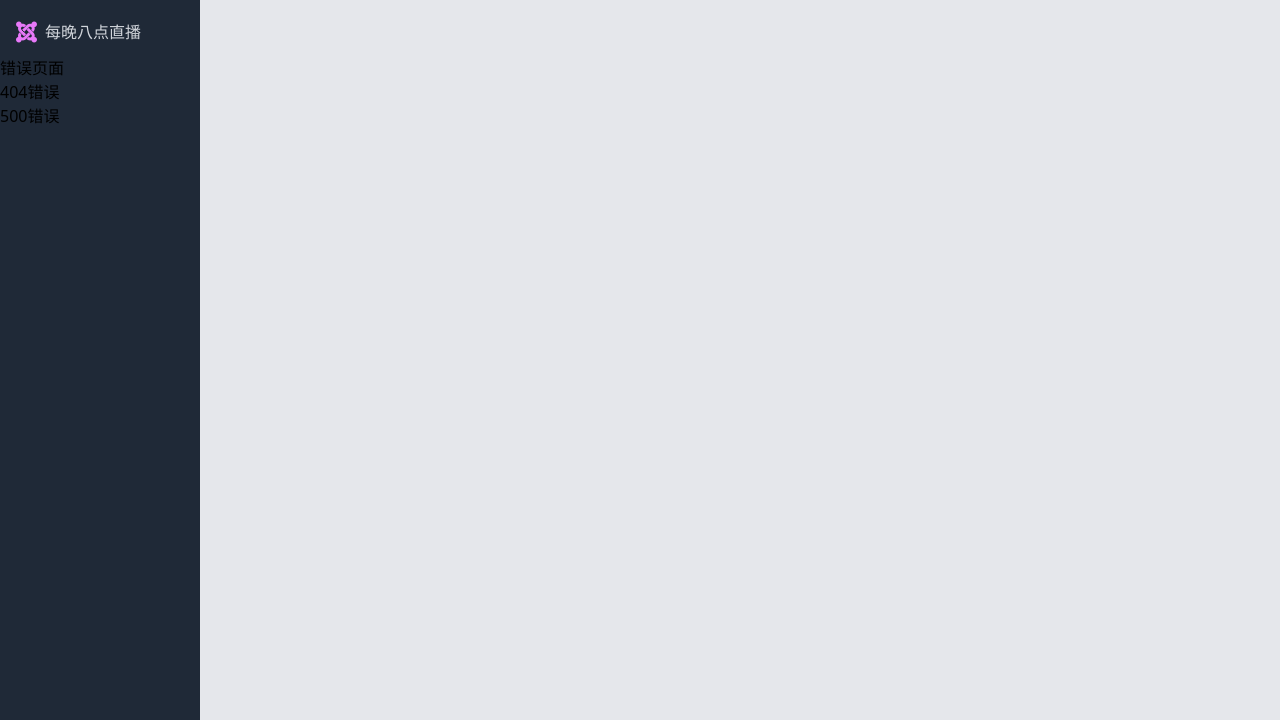
Repository: liangyingbo/vite-vue-TS
Page: /#/admin/home
These files come from the project's save history. The page is drawn as it stood at one moment and after the next save; the edit follows.
The browser window is 1280 px wide. The pictures show the whole page.
The project was rebuilt for these pictures with package versions that can differ from the ones it lists, and the page was loaded fresh each time. Also part of the build but not shown: vite.config.ts, src/components/form/HdButton.vue, src/components/form/HdInput.vue, src/components/form/hdLink.vue, src/styles/global.scss.

Above is the page before, as saved 2022-11-18 19:52:15.

### index.html
<!DOCTYPE html>
<html lang="en">
  <head>
    <meta charset="UTF-8" />
    <link rel="icon" type="image/svg+xml" href="/vite.svg" />
    <meta name="viewport" content="width=device-width, initial-scale=1.0" />
    <link href="https://cdn.bootcdn.net/ajax/libs/font-awesome/6.2.0/css/all.css" rel="stylesheet">
    <title>Vite + Vue + TS</title>
  </head>
  <body>
    <div id="app"></div>
    <script type="module" src="/src/main.ts"></script>
  </body>
</html>

### src/main.ts
import { createApp } from 'vue'
import router, { setupRouter } from '@/router'
import { setupPlugins } from '@/plugins'
import '@/styles/global.scss'
import App from './App.vue'

async function bootstrap() {
    const app = createApp(App)
    setupRouter(app)
    setupPlugins(app)
    await router.isReady()
    app.mount('#app')
}
bootstrap()

### src/router/index.ts
import { App } from 'vue';
import { createRouter, createWebHashHistory } from 'vue-router'
import routes from './routes';
import layoutRoutes from './autoLoad';
import guard from './guard';
const router = createRouter({
    history: createWebHashHistory(),
    routes : [...routes,...layoutRoutes]
})
export function setupRouter(app:App){

    guard(router)
    app.use(router)
}

export default router;

### src/plugins/index.ts
import { App } from "vue";
import { setupTailWindCssPlugin } from "./tailwindcss";

export function setupPlugins(app: App) {
    autoRegisterComponent(app)

    setupTailWindCssPlugin()
}



function autoRegisterComponent(app: App) {
    const components = import.meta.glob('../components/form/*.vue', { eager: true })
    console.log(components)
    Object.keys(components).forEach(key => {
        const name = key.split('/').pop()?.split('.')[0] as string

        app.component(name, components[key].default)
    })
}

### src/App.vue
<script setup lang="ts">

// import {info} from '@/apis/userApi'

//const response =  info()
// console.log(response.then(res=>res.data.age))
// console.log()

 </script>

 <template>

    <router-view ></router-view>
 </template>

<style scoped>
</style>

### src/router/routes.ts
import { RouteRecordRaw } from "vue-router"
 const routes = [
    {
        path:'/home',
        name:'home',
        component:() => import("@/views/home.vue"),
    }
]  as  RouteRecordRaw[]

export default routes

### src/router/autoLoad.ts
import { RouteRecordRaw } from "vue-router";


const layout = import.meta.glob('../layouts/*.vue')
const children = import.meta.glob('../views/**/*.vue')
function getRoutes() {
    const layoutRoutes = [] as RouteRecordRaw[]
    Object.entries(layout).forEach(([file, module]) => {
        const route = getRouteByModule(file, module)
        route.children = getChildrenRoutes(route)
        layoutRoutes.push(route)
    })
    return layoutRoutes
}


// 根据布局路由匹配子路由
function getChildrenRoutes(layoutRoute: RouteRecordRaw) {
    const routes = [] as RouteRecordRaw[]
    Object.entries(children).forEach(([file, module]) => {
        if (file.includes(`../views/${layoutRoute.name as string}`)) {
            const route = getRouteByModule(file, module)
            routes.push(route)
        }
    })
    return routes
}

function getRouteByModule(file: string, module: () => Promise<unknown>) {
    const name = file.replace(/.+layouts\/|.+views\/|\.vue/gi, '')
    const route = {
        name: name.replace('/', '.'),
        path: `/${name}`,
        component: module
    } as RouteRecordRaw

    return route
}
export default getRoutes()

### src/router/guard.ts
 import { RouteLocationNormalized, Router } from "vue-router"


class Guard {
    constructor(private router: Router) { }

    public run() {
          this.router.beforeEach((to,from) =>{
            console.log(to)
             if(!this.isLogin(to)) return {name:'auth.login'}


          })
    }

    private isLogin(route:RouteLocationNormalized){
        // console.log(route.meta)
        console.log(route.meta)
        return true
    }
}

export default (router: Router) => {
    new Guard(router).run()
}

### src/plugins/tailwindcss/index.ts
import './tailwindcss.css'

export function setupTailWindCssPlugin(){

}

### src/layouts/admin.vue
<template>
    <div>
         <router-view></router-view>
    </div>
</template>
<script lang="ts" setup>
import routes from "@/router/routes";


</script>

<script lang="ts">
export default {
    route:{meta:{auth:true}}
}
</script>

<style lang="scss" scoped>

</style>

### src/views/admin/home.vue
<template>
    <div class=" admin w-screen h-screen flex ">
        <div class="w-[200px] py-2 bg-gray-800">
             <div class="text-white  flex items-center py-2 px-4">
                <i class="fab fa-joomla text-2xl text-fuchsia-400 mr-2"></i>
                <span class="text-base text-gray-300">每晚八点直播</span>
             </div>
             <div class="left-container">
                <dt>
                    错误页面
                    <dl>
                        <dd>404错误</dd>
                        <dd>500错误</dd>
                    </dl>
                </dt>
             </div>
        </div>
        <div class="bg-gray-200 flex-1">
            <router-view></router-view>
        </div>
    </div>
</template>

<script lang="ts" setup></script>

<style lang="scss" scoped>

</style>

Loaded but not shown: src/plugins/tailwindcss/tailwindcss.css (common file); tailwind.config.cjs (common file)

After the next save:
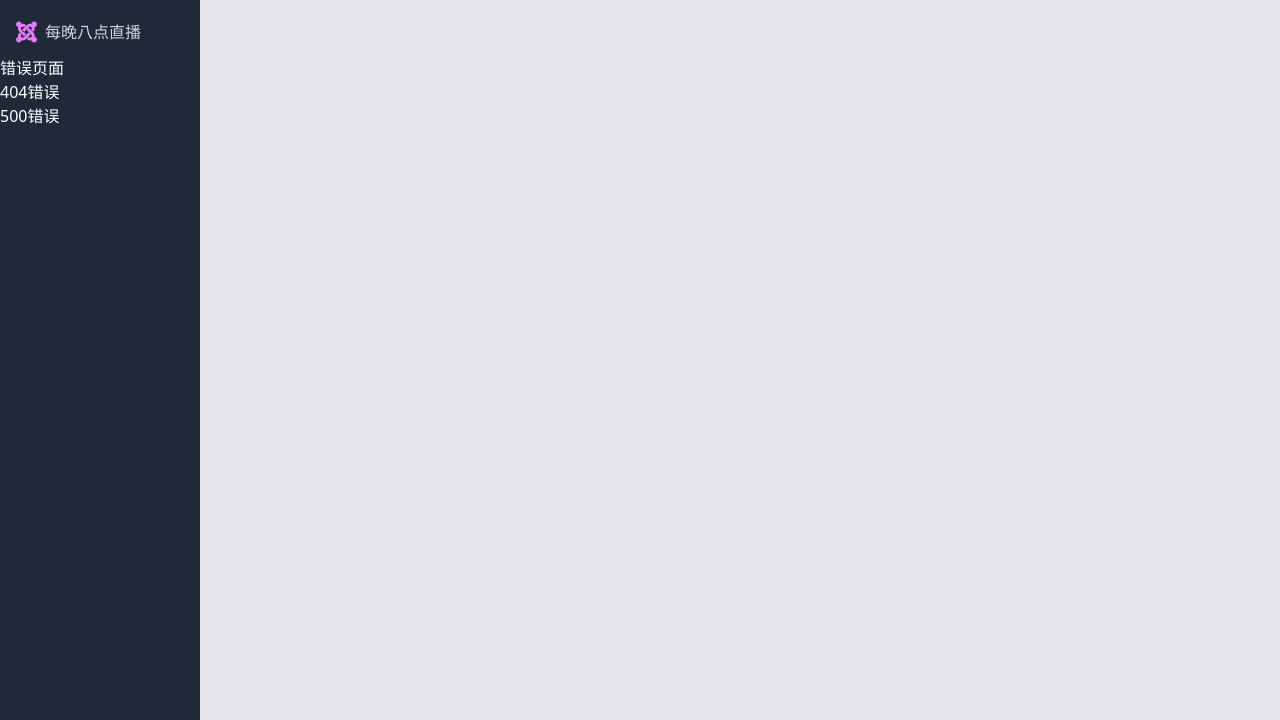
Saved 28 s later.
--- a/src/views/admin/home.vue
+++ b/src/views/admin/home.vue
@@ -6,7 +6,7 @@
                 <span class="text-base text-gray-300">每晚八点直播</span>
              </div>
              <div class="left-container">
-                <dt>
+                <dt class="text-white ">
                     错误页面
                     <dl>
                         <dd>404错误</dd>
